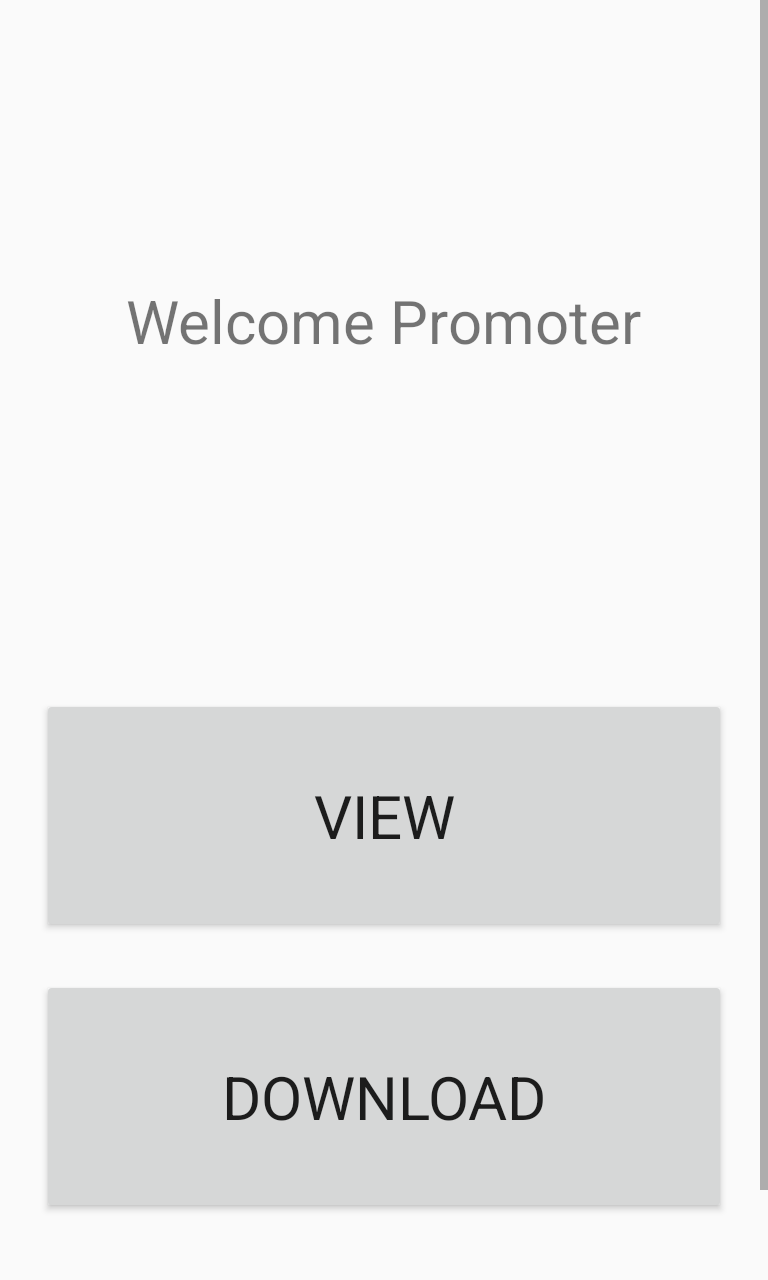
Repository: achavez812/GuatemalaProject2
Layout: GuateMedic-master/GuateMedic/res/layout/fragment_main.xml
The author's editor kept a copy of each file at every save. The layout is drawn from the files as they stood at one save, then again after the next save.
It is drawn on a 768 x 1280 px phone screen (xhdpi) without system bars, with theme AppTheme; the app's code is not run.

Above is the layout before, as saved 2014-07-02 08:47:35.

After the next save:
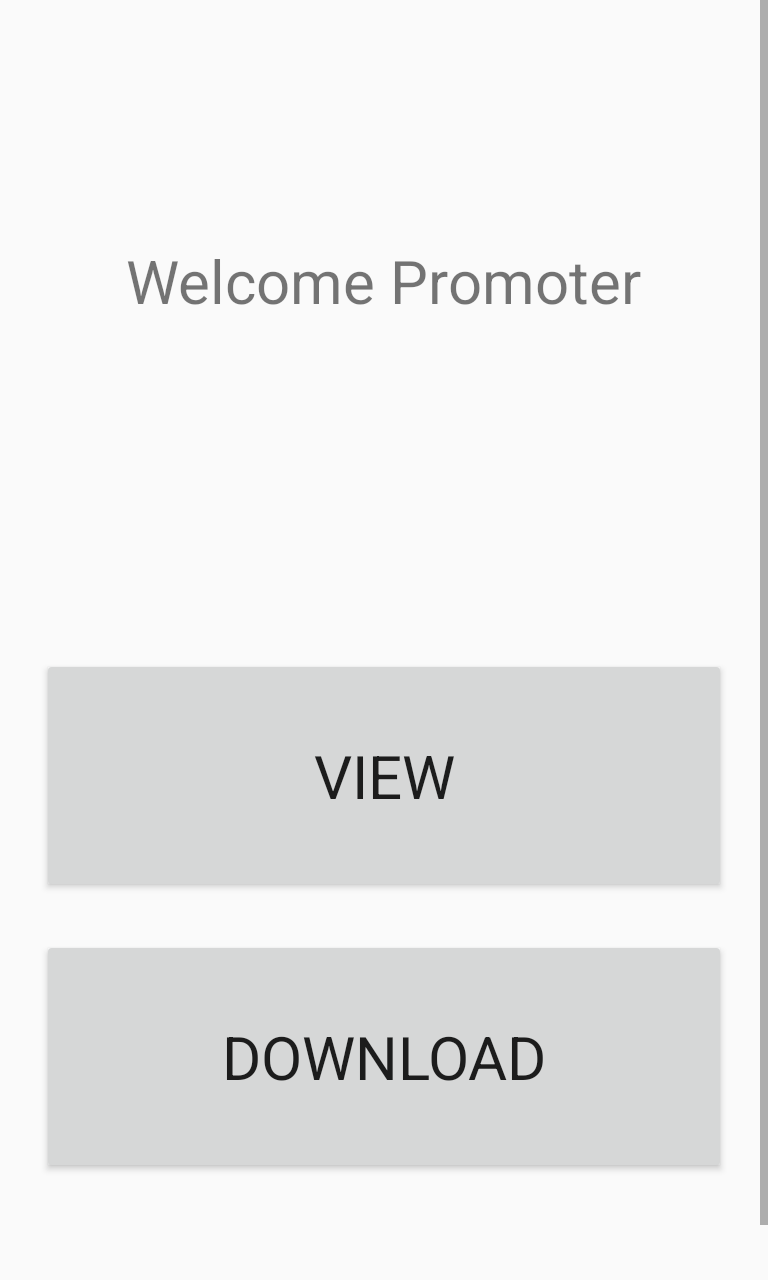
Saved 12 s later.
--- a/GuateMedic-master/GuateMedic/res/layout/fragment_main.xml
+++ b/GuateMedic-master/GuateMedic/res/layout/fragment_main.xml
@@ -15,7 +15,7 @@
     <TextView
         android:id="@+id/main_page_textview"
         android:textSize="30sp"
-        android:layout_marginTop="120dp"
+        android:layout_marginTop="100dp"
         android:layout_marginBottom="60dp"
         android:layout_width="wrap_content"
         android:layout_height="wrap_content"
